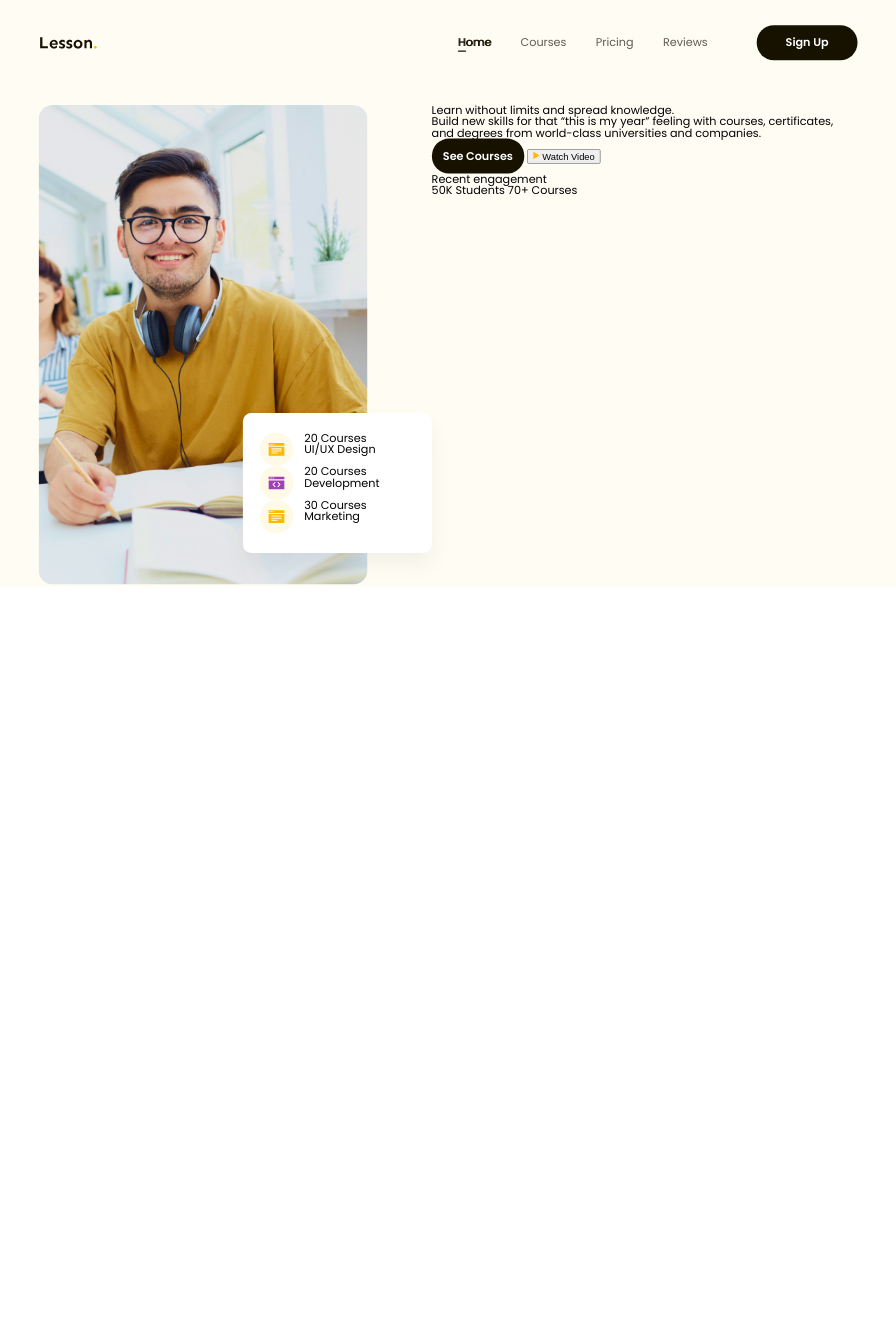
Repository: Tibi2003/f8-htmlcss-02
Page: index.html
The author's editor kept a copy of each file at every save. The page is drawn from the files as they stood at one save, then again after the next save.
The browser window is 1280 px wide. The pictures show the part of the page from y = 0 to 1920 px (the page is 5000 px tall), at 70% of full size.

Above is the page before, as saved 2024-03-07 10:04:51.

After the next save:
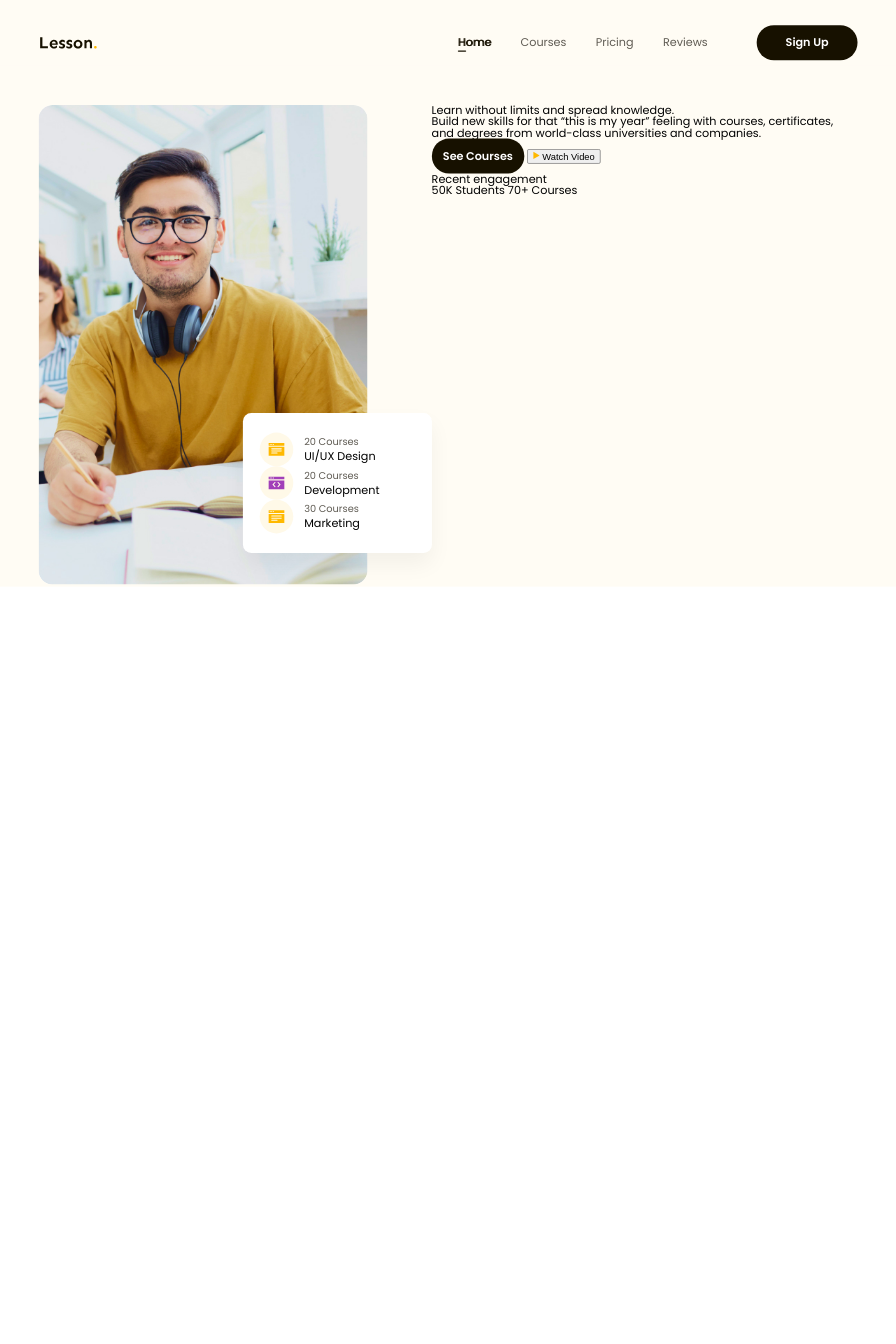
Saved 2 min 52 s later.
--- a/assets/css/styles.css
+++ b/assets/css/styles.css
@@ -145,6 +145,12 @@ a {
 	margin-left: 16px;
 }
 
+.hero-summary .label {
+	color: #5f5b53;
+	font-size: 1.4rem;
+	line-height: 1.86;
+}
+
 .hero .content-block {
 	width: 52%;
 }
